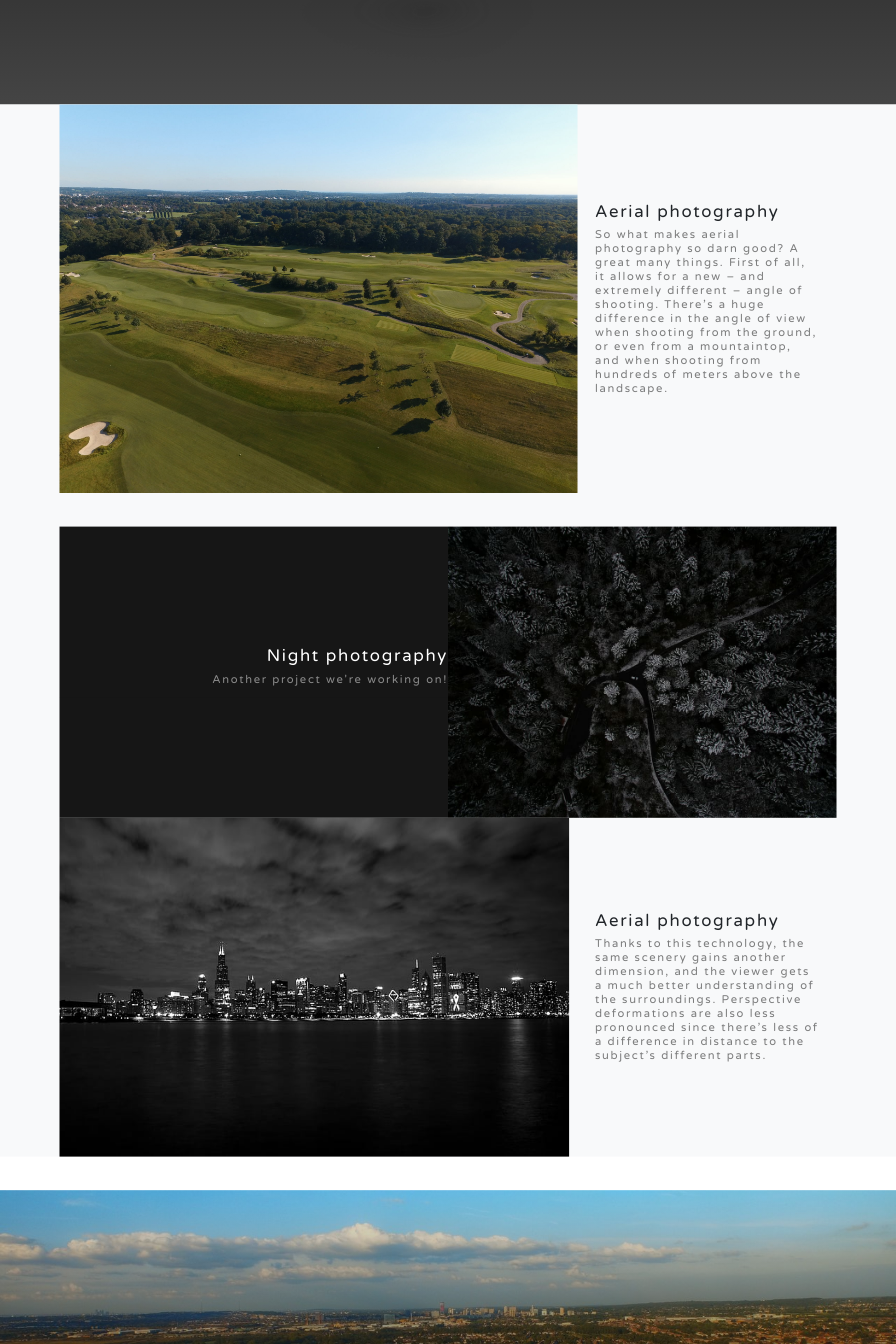
Repository: geoeskel/UCFD-Milestone-Project
Page: index.html
The author's editor kept a record of every edit. The page is drawn from the files as they stood at one moment, then again after the next edit.
The browser window is 1280 px wide. The pictures show the part of the page from y = 1595 to 3515 px (the page is 3856 px tall), at 70% of full size.
A picture or video elsewhere on the page could not be fetched, so the positions and the page height are approximate. Some web libraries are served in a nearby version.

Above is the page before.

### index.html
<!DOCTYPE html>
<html lang="en">

<head>
  <meta charset="utf-8">
  <meta name="viewport" content="width=device-width, initial-scale=1, shrink-to-fit=no">
  <title>TG Airview - Aerial Photography</title>
  <link href="css/bootstrap.min.css" rel="stylesheet">
  <link rel="stylesheet" href="https://use.fontawesome.com/releases/v5.1.1/css/all.css" integrity="sha384-O8whS3fhG2OnA5Kas0Y9l3cfpmYjapjI0E4theH4iuMD+pLhbf6JI0jIMfYcK3yZ" crossorigin="anonymous">
  <link href="https://fonts.googleapis.com/css?family=Ubuntu|Varela+Round&display=swap" rel="stylesheet">
  <link href="css/style.css" rel="stylesheet">
</head>

<body id="page-top">

  <!--------------------Navigation-------------------->
  <nav class="navbar navbar-expand-lg navbar-light fixed-top" id="mainNav">
    <div class="container">
      <a class="navbar-brand js-scroll-trigger" href="#page-top">Home</a>
      <button class="navbar-toggler navbar-toggler-right" type="button" data-toggle="collapse" data-target="#navbarResponsive" aria-controls="navbarResponsive" aria-expanded="false" aria-label="Toggle navigation">
        Menu
        <i class="fas fa-bars"></i>
      </button>
      <div class="collapse navbar-collapse" id="navbarResponsive">
        <ul class="navbar-nav ml-auto">
          <li class="nav-item">
            <a class="nav-link js-scroll-trigger" href="#about">About</a>
          </li>
          <li class="nav-item">
            <a class="nav-link js-scroll-trigger" href="#services">Services</a>
          </li>
          <li class="nav-item">
            <a class="nav-link js-scroll-trigger" href="#signup">Contact</a>
          </li>
        </ul>
      </div>
    </div>
  </nav>


  <!--------------------Header-------------------->
  <header class="head-main">
    <div class="overlay"></div>
    <video playsinline="playsinline" autoplay="autoplay" muted="muted" loop="loop">
    <source src="vids/header.mp4" type="video/mp4">
  </video>
    <div class="container h-100">
      <div class="d-flex h-100 text-center align-items-center">
        <div class="w-100 text-white">
          <h1 class="display-3">TG Airview</h1>
          <h2 class="text-white-50 mx-auto mt-2 mb-5">Aerial Photography</h2>
          <a href="#about" class="btn btn-primary js-scroll-trigger">Let's Fly!</a>
        </div>
      </div>
    </div>

  </header>

  <!--------------------About-------------------->
  <section id="about" class="about-section text-center">
    <div class="container">
      <div class="row">
        <div class="col-lg-8 mx-auto">
          <h2 class="text-white mb-4">Our love for flying comes shining through!</h2>
          <p class="text-white-50">We currently work with the world's leading drone company
            <a href="https://www.dji.com/" target="_blank">DJI.</a> We combine their best technology and our design to make our every project special - not just for us but especially for you!</p>
        </div>
      </div>
      <img src="img/about.png" class="img-fluid" alt="">

    </div>
  </section>

  <!--------------------Services-------------------->
  <section id="services" class="projects-section bg-light">
    <div class="container">

      <div class="row align-items-center no-gutters mb-4 mb-lg-5">
        <div class="col-xl-8 col-lg-7">
          <img class="img-fluid mb-3 mb-lg-0" src="img/project-02.jpg" alt="">
        </div>
        <div class="col-xl-4 col-lg-5">
          <div class="featured-text text-center text-lg-left">
            <div class="first-service">
              <h4>Aerial photography</h4>
              <p class="text-black-50 mb-0">So what makes aerial photography so darn good? A great many things. First of all, it allows for a new – and extremely different – angle of shooting. There’s a huge difference in the angle of view when shooting from the ground, or even from
                a mountaintop, and when shooting from hundreds of meters above the landscape.</p>
            </div>
          </div>
        </div>
      </div>

      <div class="row justify-content-center no-gutters">
        <div class="col-lg-6">
          <img class="img-fluid mb-3 mb-lg-0" src="img/project-03.jpg" alt="">
        </div>
        <div class="col-lg-6 order-lg-first">
          <div class="bg-black text-center h-100 project">
            <div class="d-flex h-100">
              <div class="project-text w-100 my-auto text-center text-lg-right">
                <h4 class="text-white">Night photography</h4>
                <p class="mb-0 text-white-50">Another project we're working on!</p>
                <hr class="d-none d-lg-block mb-0 mr-0">
              </div>
            </div>
          </div>
        </div>
      </div>

      <div class="row align-items-center no-gutters mb-4 mb-lg-5">
        <div class="col-xl-8 col-lg-7">
          <img class="img-fluid mb-3 mb-lg-0" src="img/project-01.jpg" alt="">
        </div>
        <div class="col-xl-4 col-lg-5">
          <div class="featured-text text-center text-lg-left">
            <div class="first-service">
              <h4>Aerial photography</h4>
              <p class="text-black-50 mb-0">Thanks to this technology, the same scenery gains another dimension, and the viewer gets a much better understanding of the surroundings. Perspective deformations are also less pronounced since there’s less of a difference in distance
                  to the subject’s different parts.</p>
            </div>
          </div>
        </div>
      </div>

    </div>
  </section>


  <!--------------------Contact-------------------->
  <section id="signup" class="signup-section">
    <div class="container">

    </div>
  </section>


  <section class="contact-section bg-black">
    <div class="container">

      <div class="row">

        <div class="col-md-4 mb-3 mb-md-0">

        </div>

        <div class="col-md-4 mb-3 mb-md-0">

        </div>

        <div class="col-md-4 mb-3 mb-md-0">

        </div>

      </div>



    </div>
  </section>

  <!--------------------Footer-------------------->
  <footer class="bg-black small text-center text-white-50">
    <div class="container">

    </div>
  </footer>

  <script src="libraries/jquery.min.js"></script>
  <script src="libraries/bootstrap.bundle.min.js"></script>
  <script src="libraries/jquery.easing.min.js"></script>
  <script src="libraries/tgairview.min.js"></script>

</body>

</html>

### css/style.css
/* --------------------BODY-------------------- */

body {
  font-family: 'Muli', sans-serif;
  letter-spacing: 0.0625em;
}

a {
  color: #64a19d;
}

a:focus,
a:hover {
  text-decoration: none;
  color: #3c6360;
}

.bg-black {
  background-color: #161616 !important;
}

.bg-primary {
  background-color: #64a19d !important;
}

.text-primary {
  color: #64a19d !important;
}

/* --------------------NAVBAR-------------------- */

#mainNav {
  min-height: 40px;
  background-color: #fff;
}

#mainNav .navbar-toggler {
  font-size: 80%;
  padding: 0.75rem;
  color: #004080;
  border: 1px solid #004080;
}

#mainNav .navbar-toggler:focus {
  outline: none;
}

#mainNav .navbar-brand {
  color: #161616;
  font-weight: 600;
  padding: .7rem 0;
}

#mainNav .navbar-nav .nav-item:hover {
  color: fade(white, 75%);
  outline: none;
  background-color: transparent;
}

#mainNav .navbar-nav .nav-item:active,
#mainNav .navbar-nav .nav-item:focus {
  outline: none;
  background-color: transparent;
}

@media (min-width: 992px) {
  #mainNav {
    padding-top: 0;
    padding-bottom: 0;
    border-bottom: none;
    background-color: transparent;
    transition: background-color 0.35s ease-in-out;
  }
  #mainNav .navbar-brand {
    padding: .5rem 0;
    color: rgba(255, 255, 255, 0.5);
  }
  #mainNav .nav-link {
    transition: none;
    padding: 2rem 1.5rem;
    color: rgba(255, 255, 255, 0.5);
  }
  #mainNav .nav-link:hover {
    color: rgba(255, 255, 255, 0.75);
  }
  #mainNav .nav-link:active {
    color: white;
  }
  #mainNav.navbar-shrink {
    background-color: #ffffff;
  }
  #mainNav.navbar-shrink .navbar-brand {
    color: #161616;
  }
  #mainNav.navbar-shrink .nav-link {
    color: #161616;
    padding: 1.5rem 1.5rem 1.25rem;
    border-bottom: 0.25rem solid transparent;
  }
  #mainNav.navbar-shrink .nav-link:hover {
    color: #161616;
  }
  #mainNav.navbar-shrink .nav-link:active {
    color: #666666;
  }
  #mainNav.navbar-shrink .nav-link.active {
    color: #161616;
    outline: none;
    border-bottom: 0.25rem solid #161616;
  }
}

/* --------------------HEADER-------------------- */

header {
  position: relative;
  background-color: black;
  height: 100vh;
  min-height: 25rem;
  width: 100%;
  overflow: hidden;
}

header video {
  position: absolute;
  top: 50%;
  left: 50%;
  min-width: 100%;
  min-height: 100%;
  width: auto;
  height: auto;
  z-index: 0;
  -ms-transform: translateX(-50%) translateY(-50%);
  -moz-transform: translateX(-50%) translateY(-50%);
  -webkit-transform: translateX(-50%) translateY(-50%);
  transform: translateX(-50%) translateY(-50%);
}

header .container {
  position: relative;
  z-index: 2;
}

header .overlay {
  position: absolute;
  top: 0;
  left: 0;
  height: 100%;
  width: 100%;
  background-color: black;
  opacity: 0.5;
  z-index: 1;
}

.container {
  font-family: 'Ubuntu', sans-serif;
  font-size: 20px;
  line-height: 20px;
  letter-spacing: 0.5rem;

}

.head-main {
  position: relative;
  width: 100%;
  height: auto;
  min-height: 35rem;
  padding: 15rem 0;
  background: linear-gradient(to bottom, rgba(22, 22, 22, 0.3) 0%, rgba(22, 22, 22, 0.7) 75%, #161616 100%), url("../img/bg-head-main.jpg");
  background-position: center;
  background-repeat: no-repeat;
  background-attachment: scroll;
  background-size: cover;
}

.head-main h1 {
  font-family: 'Ubuntu', sans-serif;
  font-size: 2.5rem;
  line-height: 2.5rem;
  letter-spacing: 0.8rem;
  background: -webkit-linear-gradient(rgba(255, 255, 255, 0.7), rgba(255, 255, 255, 0));
  -webkit-text-fill-color: transparent;
  -webkit-background-clip: text;
}

.head-main h2 {
  max-width: 20rem;
  font-size: 1rem;
}

@media (min-width: 768px) {
  .head-main h1 {
    font-size: 4rem;
    line-height: 7rem;
    }
}

@media (min-width: 992px) {
  .head-main {
    height: 100vh;
    padding: 0;
  }
  .head-main h1 {
    font-size: 6.5rem;
    line-height: 6.5rem;
    letter-spacing: 0.8rem;
  }
  .head-main h2 {
    max-width: 30rem;
    font-size: 1.25rem;
  }
}

.btn {
  box-shadow: 0 0.2rem 0.2rem 0 rgba(0, 0, 0, 0.1);
  padding: 0.75rem 1.5rem;
  font-family: 'Varela Round', sans-serif;
  font-size: 80%;
  text-transform: uppercase;
  letter-spacing: .15rem;
  border: 0;
}

.btn-primary {
  background-color: Transparent;
}

.btn-primary:hover {
  background-color: #7f7f7f;
}

.btn-primary:focus {
  background-color: #1a1a1a;
  color: white;
}

.btn-primary:active {
  background-color: #B8B8B8;
}

/* --------------------ABOUT-------------------- */

.about-section {
  padding-top: 10rem;
  background: linear-gradient(to bottom, #161616 0%, rgba(22, 22, 22, 0.9) 75%, rgba(22, 22, 22, 0.8) 100%);
  font-size: 10px;
}

.about-section p {
  margin-bottom: 5rem;
}

.row {
  height: auto;
  font-family: 'Varela Round', sans-serif;
  font-size: 80%;
  letter-spacing: 0.15rem;
  border: 0;
}

/* --------------------SERVICES-------------------- */

.first-service {
  padding-left: 25px;
  padding-right: 25px;
}

.services-section {
  padding: 10rem 0;
}

.services-section .featured-text {
  padding: 2rem;
}

@media (min-width: 992px) {
  .services-section .featured-text {
    padding: 0 0 0 2rem;
    border-left: 0.5rem solid #161616;
  }
}

.services-section .project-text {
  padding: 3rem;
  font-size: 90%;
}

@media (min-width: 992px) {
  .services-section .project-text {
    padding: 5rem;
  }
}

/* --------------------CONTACT-------------------- */


.signup-section {
  padding: 10rem 0;
  background: linear-gradient(to bottom, rgba(22, 22, 22, 0.1) 0%, rgba(22, 22, 22, 0.5) 75%, #161616 100%), url("../img/bg-signup.jpg");
  background-position: center;
  background-repeat: no-repeat;
  background-attachment: scroll;
  background-size: cover;
}

.signup-section .form-inline input {
  box-shadow: 0 0.1875rem 0.1875rem 0 rgba(0, 0, 0, 0.1);
  padding: 1.25rem 2rem;
  height: auto;
  font-family: 'Varela+Round', sans-serif;
  font-size: 80%;
  text-transform: uppercase;
  letter-spacing: 0.15rem;
  border: 0;
}

.contact-section {
  padding: 5rem 0 0;
}

.contact-section .card {
  border: 0;
  border-bottom: 0.25rem solid #161616;
}

.contact-section .card h4 {
  font-size: 0.8rem;
  font-family: 'Varela+Round', sans-serif;
  text-transform: uppercase;
  letter-spacing: 0.15rem;
}

.contact-section .card hr {
  border-color: #161616;
  border-width: 0.25rem;
  width: 3rem;
}

.contact-section .social {
  margin-top: 5rem;
}

.contact-section .social a {
  text-align: center;
  height: 3rem;
  width: 3rem;
  background: rgba(255, 255, 255, 0.1);
  border-radius: 100%;
  line-height: 3rem;
  color: rgba(255, 255, 255, 0.3);
}

.contact-section .social a:hover {
  color: rgba(255, 255, 255, 0.5);
}

.contact-section .social a:active {
  color: #ffffff;
}

/* --------------------FOOTER-------------------- */

footer {
  padding: 5rem 0;
}

Loaded but not shown: css/bootstrap.min.css (library); libraries/jquery.min.js (library); libraries/bootstrap.bundle.min.js (library); libraries/jquery.easing.min.js (common file); libraries/tgairview.min.js (common file)

After the next edit:
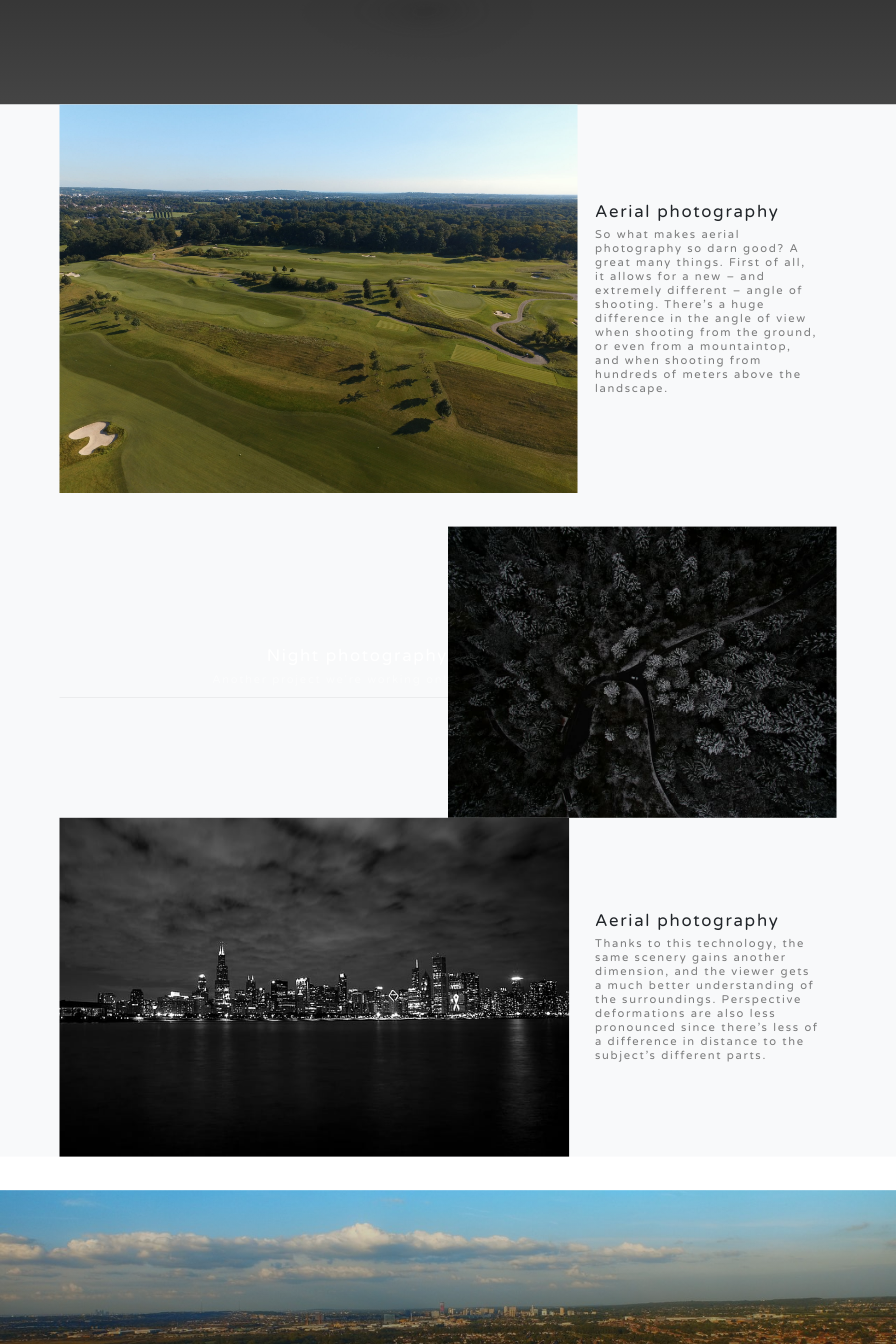
The edit:
--- a/index.html
+++ b/index.html
@@ -95,7 +95,7 @@
           <img class="img-fluid mb-3 mb-lg-0" src="img/project-03.jpg" alt="">
         </div>
         <div class="col-lg-6 order-lg-first">
-          <div class="bg-black text-center h-100 project">
+          <div class="text-center h-100 project">
             <div class="d-flex h-100">
               <div class="project-text w-100 my-auto text-center text-lg-right">
                 <h4 class="text-white">Night photography</h4>
